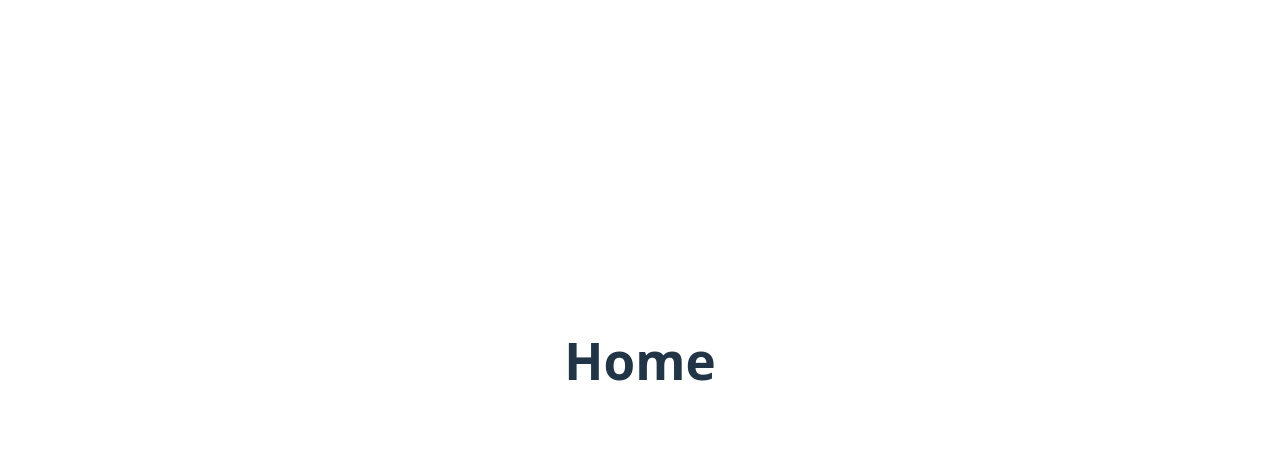
Repository: Cyttariasp/react-router-contact-list
Page: / (app in contact-list/)
These files come from the project's save history. The page is drawn as it stood at one moment and after the next save; the edit follows.
The browser window is 1280 px wide. The pictures show the whole page.
The project was rebuilt for these pictures with package versions that can differ from the ones it lists, and the page was loaded fresh each time. Also part of the build but not shown: contact-list/vite.config.js, contact-list/src/views/Edit.jsx, contact-list/src/views/Contact.jsx.

Above is the page before, as saved 2025-07-21 09:54:37.

### contact-list/src/App.jsx
// import { useState } from "react";
import "./App.css";
import { BrowserRouter, Routes, Route } from "react-router-dom";
import Home from "./views/Home";
import Edit from "./views/Edit";
import Contact from "./views/Contact";

function App() {
  return (
    <>
      <BrowserRouter>
        <Routes>
          <Route exact path="/" element={<Home />} />
          <Route path="/edit" element={<Edit />} />
          <Route path="/contact" element={<Contact />} />
        </Routes>
      </BrowserRouter>
    </>
  );
}

export default App;

Loaded but not shown: contact-list/index.html (common file); contact-list/src/main.jsx (common file); contact-list/src/index.css (common file); contact-list/src/App.css (common file); contact-list/src/views/Home.jsx (common file)

After the next save:
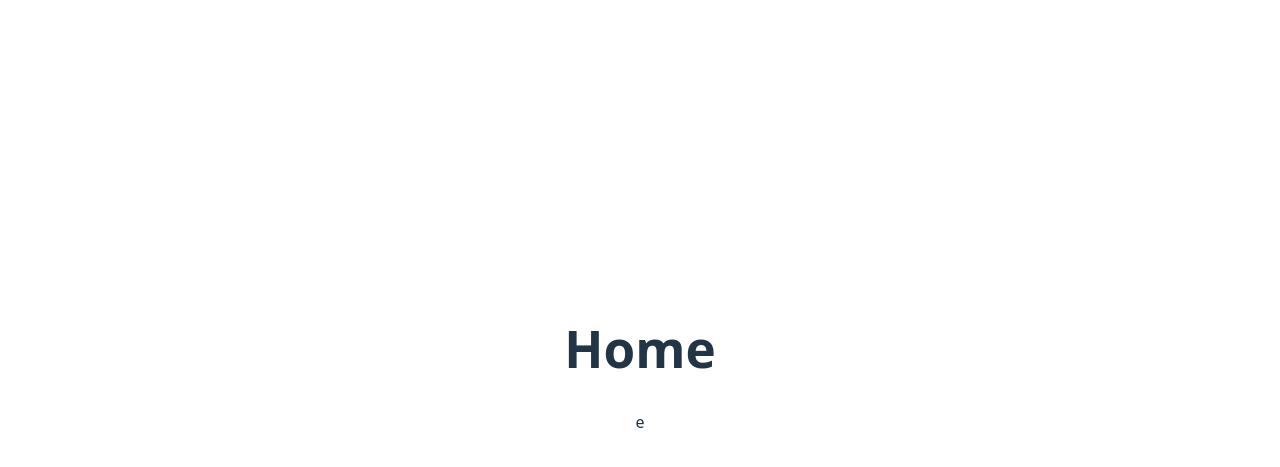
Saved 44 s later.
--- a/contact-list/src/App.jsx
+++ b/contact-list/src/App.jsx
@@ -15,6 +15,7 @@
           <Route path="/contact" element={<Contact />} />
         </Routes>
       </BrowserRouter>
+      e
     </>
   );
 }

After the save that followed:
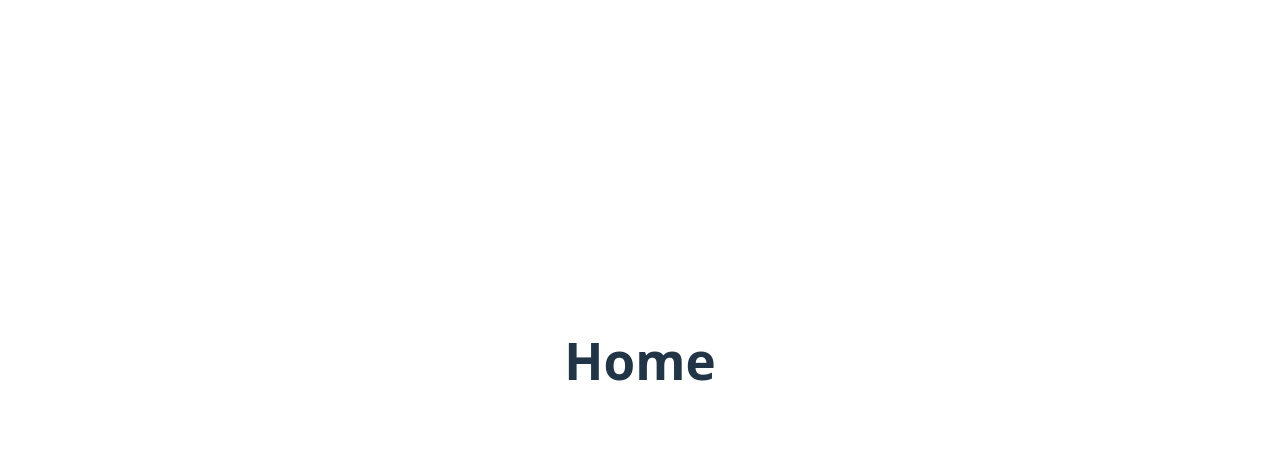
Saved 5 s later.
--- a/contact-list/src/App.jsx
+++ b/contact-list/src/App.jsx
@@ -15,7 +15,6 @@
           <Route path="/contact" element={<Contact />} />
         </Routes>
       </BrowserRouter>
-      e
     </>
   );
 }
